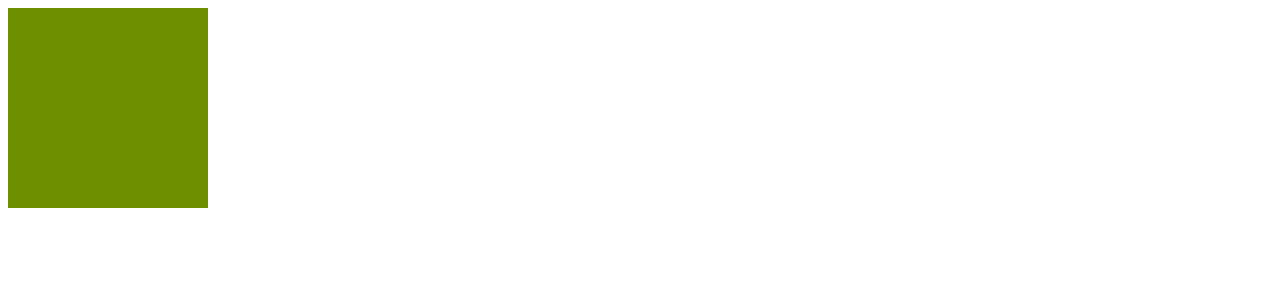
Repository: hojohe/bit-java
Page: 07_css/WebContent/13_animation/exam01.html
The author's editor kept a copy of each file at every save. The page is drawn from the files as they stood at one save, then again after a run of saves.
The browser window is 1280 px wide. The pictures show the whole page.

Above is the page before, as saved 2017-01-25 01:09:05.

After the next 2 saves:
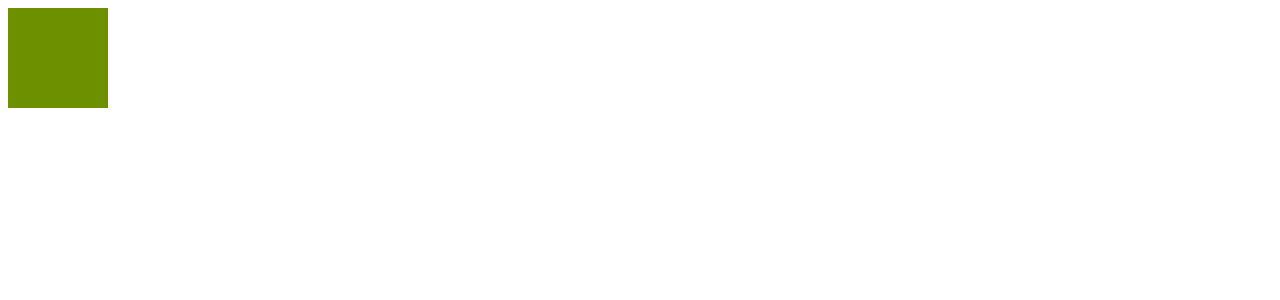
The 2 saves are shown as one change because they came seconds apart.
The last was saved 15 s later.
--- a/07_css/WebContent/13_animation/exam01.html
+++ b/07_css/WebContent/13_animation/exam01.html
@@ -5,8 +5,7 @@
 <title>Insert title here</title>
 <style>
 	#outer > div {
-		width: 200px; height: 200px;
-		background-color: red;
+		width: 100px; height: 100px;
 
 		animation: ani 3s infinite alternate;
 
